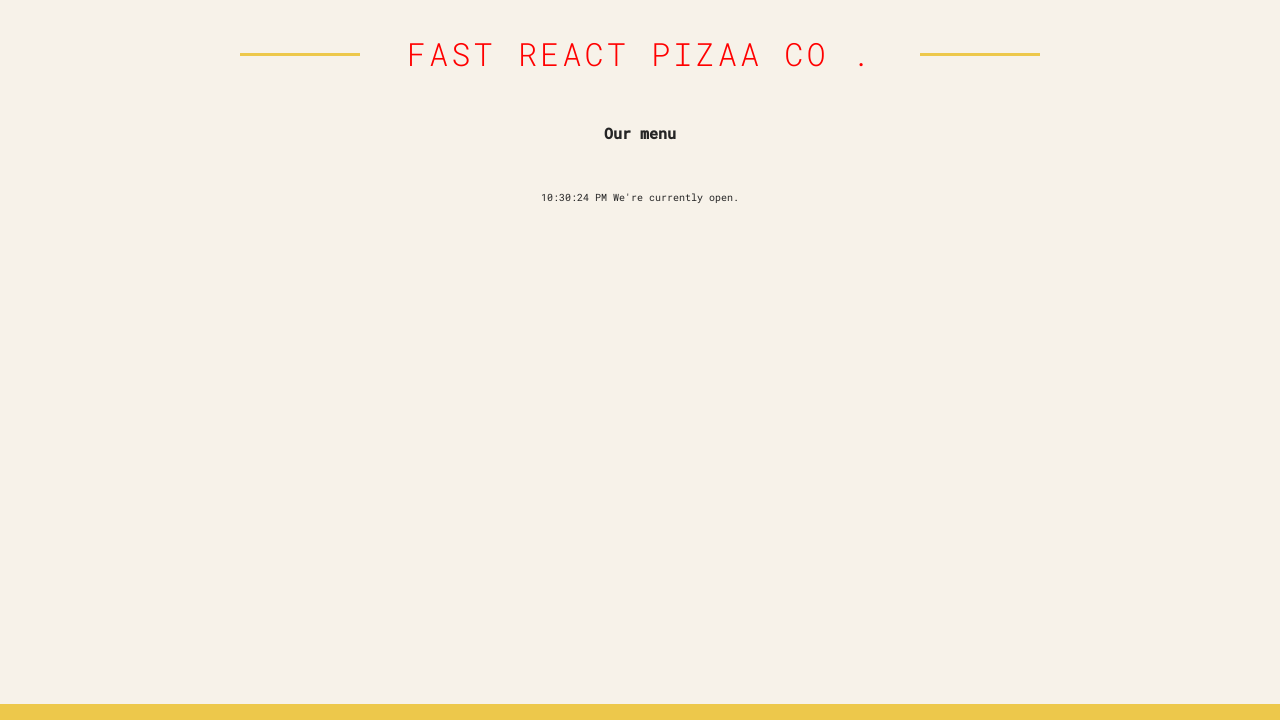
Repository: balaji-ummadisetty/reactPropsPractice
Page: /
These files come from the project's save history. The page is drawn as it stood at one moment and after a run of saves; the edit follows.
The browser window is 1280 px wide. The pictures show the whole page.
The project was rebuilt for these pictures with package versions that can differ from the ones it lists, and the page was loaded fresh each time. Also part of the build but not shown: vite.config.js.

Above is the page before, as saved 2024-05-08 22:46:51.

After the next 2 saves:
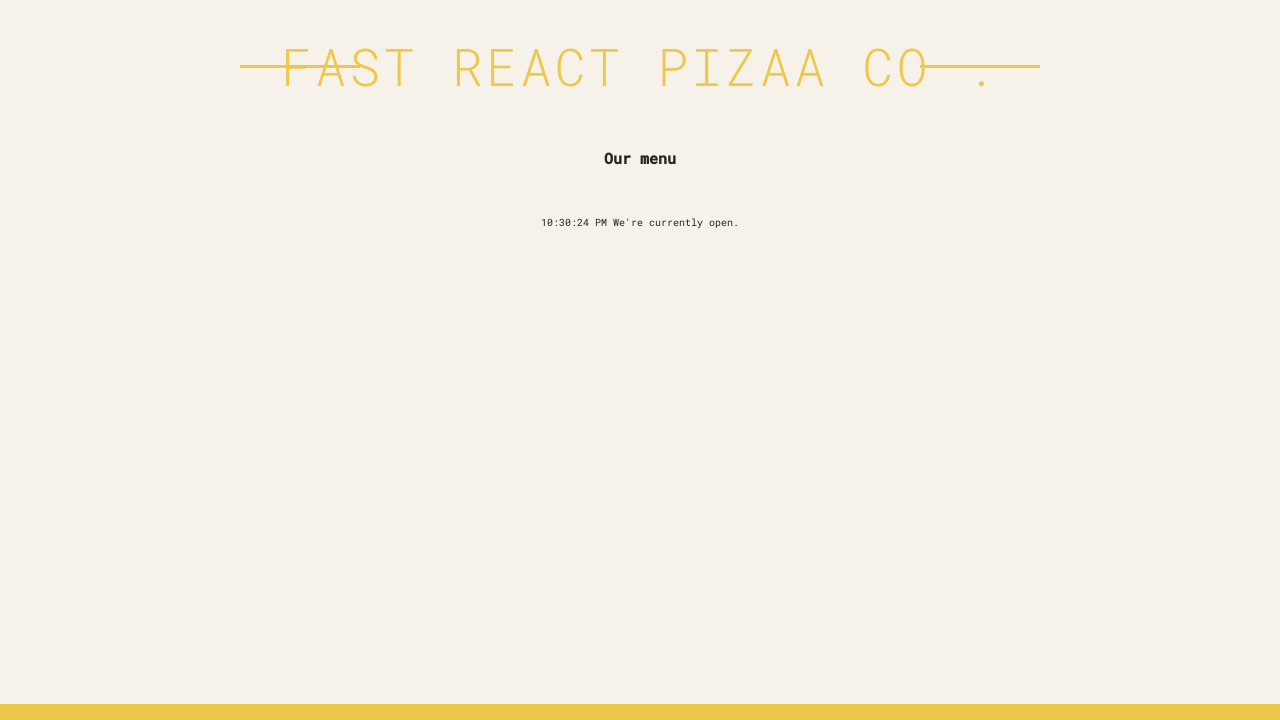
The 2 saves are shown as one change because they came seconds apart.
The last was saved 31 s later.
--- a/src/App.jsx
+++ b/src/App.jsx
@@ -16,7 +16,7 @@ const Header= ()=>{
     const styled = {color: 'red' , fontSize : '32px'};
        return (
         <header className='header'>
-       <h1 style={styled}>FAST REACT PIZAA CO .</h1>
+       <h1 >FAST REACT PIZAA CO .</h1>
        </header>
     ) ;
 }
